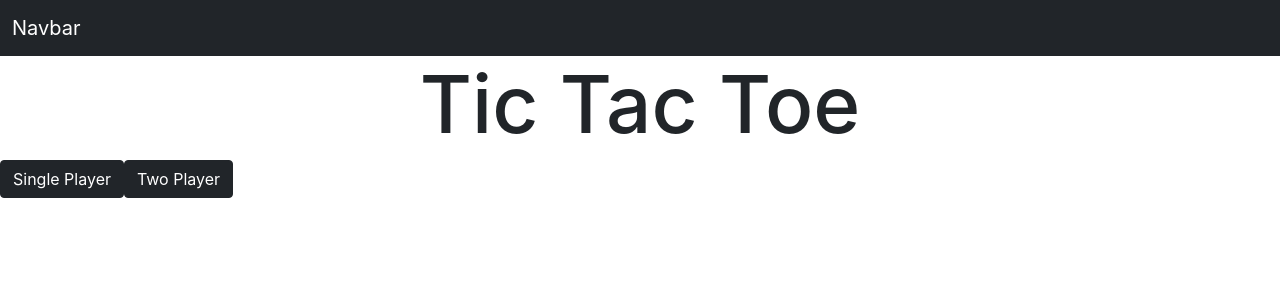
Repository: napan24/tic-tac-toe
Page: /
These files come from the project's save history. The page is drawn as it stood at one moment and after the next save; the edit follows.
The browser window is 1280 px wide. The pictures show the whole page.
The project was rebuilt for these pictures with package versions that can differ from the ones it lists, and the page was loaded fresh each time. Also part of the build but not shown: src/App.css, src/tik.css, src/App.js, src/Vscomp.js.

Above is the page before, as saved 2022-06-16 18:00:03.

After the next save:
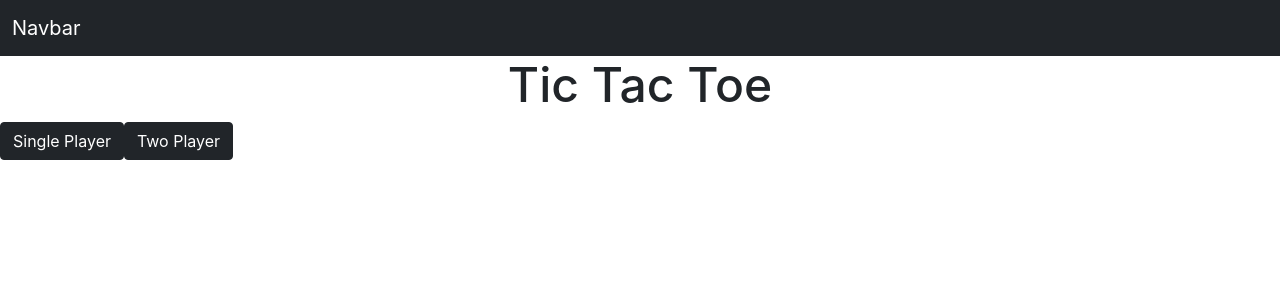
Saved 6 s later.
--- a/src/Home.js
+++ b/src/Home.js
@@ -8,7 +8,7 @@ export default function () {
           <a class="navbar-brand" style={{color:"white"}}>Navbar</a>
         </div>
       </nav>
-        <h5 style={{textAlign:"center",fontSize:"5rem"}}>
+        <h5 style={{textAlign:"center",fontSize:"3rem"}}>
             Tic Tac Toe
         </h5>
         <button type="button" class="btn btn-dark">
